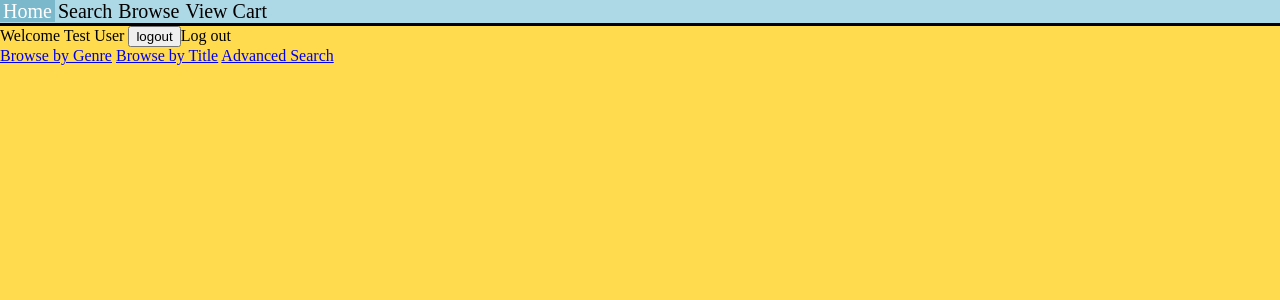
Repository: AndrewHarryKim/cs122B
Page: http://localhost/fabflix/Home
An editor plug-in stored every save of this project. The page is shown before and after the next save, followed by the edit.
The browser window is 1280 px wide. The pictures show the whole page.
The page is served by Tomcat 9. The session is filled in as if someone had signed in: {"email": "test@example.com", "id": 1, "first_name": "Test User", "last_name": "Test User", "cc_id": 1, "address": 1, "cart": 1}. Other server files are loaded and not shown.

Above is the page before, as saved 2016-04-30 03:45:36.

### Site3/fabflix/WebContent/WEB-INF/home.jsp
<%@ page language="java" contentType="text/html; charset=ISO-8859-1"
    pageEncoding="ISO-8859-1"%>
<%@ page import="fabflix.Global" %>
<!DOCTYPE html PUBLIC "-//W3C//DTD HTML 4.01 Transitional//EN" "http://www.w3.org/TR/html4/loose.dtd">
<html>
<head>
	<meta http-equiv="Content-Type" content="text/html; charset=ISO-8859-1">
	<title>Insert title here</title>
	<link rel="stylesheet" type="text/css" href="css/styles.css">
</head>
	<body>

	<%@include file="site-header.jsp" %>
	<%@include file="login-authentication.jsp" %>

	Welcome <%=session.getAttribute("first_name")%>
	<input class="align-right" href=<%=Global.logoutPath+""%> type="button" value="logout">Log out</a>
	<%
		out.println("</br>");
	    out.println("<a href='"+Global.browseGenre+"'>Browse by Genre</a>");
	    out.println("<a href='"+Global.browseTitle+"'>Browse by Title</a>");
	    out.println("<a href='search'>Advanced Search</a>");
	%>
</body>
</html>

### Site3/fabflix/WebContent/WEB-INF/site-header.jsp
<header class="siteHeader">
	<nav class="navbar">
		<ul class="navlist">
			<li><a href="<%=request.getContextPath()%>/Main">Home</a></li>
			<li><a href="<%=request.getContextPath()%>/search">Search</a></li>
			<li><a href="<%=request.getContextPath()%>/Browse">Browse</a></li>
			<li><a href="<%=request.getContextPath()%>/Cart">View Cart</a></li>
		</ul>
	</nav>
</header>

### Site3/fabflix/WebContent/WEB-INF/login-authentication.jsp

<%@ page import="fabflix.Global" %>
<%
		// This portion of the code is vital to make it so the user cannot access a page w/o being logged in.
	    if ((session.getAttribute("email") == null) || (session.getAttribute("email") == "")) {
			String redirectURL = request.getContextPath() + Global.loginPath+"?message=";
	        response.sendRedirect(redirectURL);
	    }
%>

### Site3/fabflix/src/fabflix/Home.java
package fabflix;

import java.io.IOException;

import javax.servlet.RequestDispatcher;
import javax.servlet.ServletException;
import javax.servlet.annotation.WebServlet;
import javax.servlet.http.HttpServlet;
import javax.servlet.http.HttpServletRequest;
import javax.servlet.http.HttpServletResponse;


@WebServlet("/Home")
public class Home extends HttpServlet {
	private static final long serialVersionUID = 1L;

    public Home() {
        super();
    }
	protected void doGet(HttpServletRequest request, HttpServletResponse response) throws ServletException, IOException {
		RequestDispatcher dispatcher = request.getServletContext().getRequestDispatcher("/WEB-INF/home.jsp");
		dispatcher.forward(request, response);
	}
	protected void doPost(HttpServletRequest request, HttpServletResponse response) throws ServletException, IOException {
		doGet(request, response);
	}

}

### Site3/fabflix/src/fabflix/Global.java
package fabflix;

public class Global {
	public static String DB_USER= "root";
	public static String DB_PASS="pops711";
	public static String homePagePath="/Home";
	public static String loginPath="/Login";
	public static String loginJSPPath="/WEB-INF/login.jsp";
	public static String logoutPath="Logout";
	public static String browseGenre="Browse?by=genre";
	public static String browseTitle="Browse?by=title";


//	// This is the location of the Login Portal
//	// This is the location of the Login-Authentication
//	public static String authLoginPath="Login";
//	// This is the location of the Logout script
//	//This is the location of the HomePage
//	// This is the location of the Search Page
//	public static String searchPath="";
//	// This is the location of the General Browsing Page and the sub-pages
//	public static String browsePath="browse.jsp";
//	public static String browseGenreJSP="/WEB-INF/browse.jsp?by=genre";
//	public static String browseTitleJSP="/WEB-INF/browse.jsp?by=title";
//	// This is the location of the movie-list after you find one.
//	public static String movieListPath="MovieList";
//	// This is the Cart location.
//	public static String cartPath="Cart";
//	// This is the CheckOut location.
//	public static String checkoutPath="Checkout";
}

### Site3/fabflix/WebContent/css/styles.css
@CHARSET "ISO-8859-1";



body{
	background-color: #ffdb4d;
	margin: 0px;
}

.indent{
	margin-left: 3%;
}
.starInfoHeader{
	width: 10%;
	display: inline-block;
}
.starInfoDiv{
	height: 100%;
	width: 100%;
	vertical-align: middle;
}

.movieListHeader{
	border-bottom: solid 1px black;
}
.movieListHeader div{
	display: inline-block;
	border-right: 1px solid black;
	width: 10%;
	vertical-align: middle;
}

.movieRow{
	border-bottom: solid 1px black;
	margin-top: 15px;
	height: 60px;
}
.movieInfoDiv{
	display: inline-block;
	border-right: 1px solid black;
	height: 100%;
	width: 10%;
	vertical-align: middle;
}

div.movieName{
	width: 15%;
}
div.movieName:hover{
	color: white;
}
div.movieYear:hover{
	color: white;
}
div.movieStarList{
	width: 30%;
}
div.movieGenreList{
	width: 14%;
	border-right: none;
}


.navbar{
	background-color: lightblue;
	border-bottom: solid 3px black
}

.navlist{
	list-style-type: none;
    padding: 0px;
    margin: 0px;
}
.navlist li {
    display: inline-block;
    font-size: 20px;
    margin: 0px -4px 0px 0px;
}
.navlist li a {
    text-decoration: none;
    color: black;
    width:100%;
    height 100%;
    padding: 0px 3px 0px 3px;
}
.navlist li a:hover {
    color: white;
    background-color: #7BB8CC;
}



.searchContainer{
	background-color: lightblue;
	padding-right: 1.75%;
	padding-left: 1.75%;
	padding-top: 10px;
	height: 32px;
	width: 100%;
	margin-left: -1%;
}

.dbSearchBox {
	width: 89%;
	height: 16px;
}

.searchButton{
	width: 9%;
	height: 22px;
}

.center{
	display: inline-block;
	display: table;
	margin: 0px auto;
}
.absolute-right{
	position: absolute;
	right: 1%;
}

After the next save:
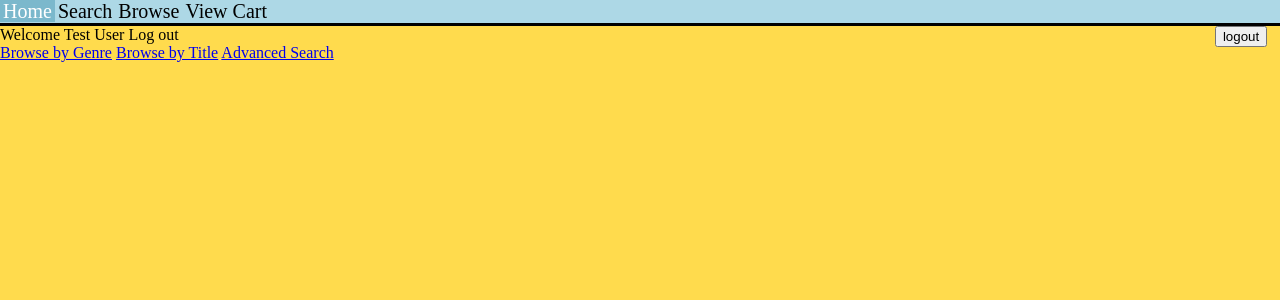
Saved 10 s later.
--- a/Site3/fabflix/WebContent/WEB-INF/home.jsp
+++ b/Site3/fabflix/WebContent/WEB-INF/home.jsp
@@ -14,7 +14,7 @@
 	<%@include file="login-authentication.jsp" %>
 
 	Welcome <%=session.getAttribute("first_name")%>
-	<input class="align-right" href=<%=Global.logoutPath+""%> type="button" value="logout">Log out</a>
+	<input class="absolute-right" href=<%=Global.logoutPath+""%> type="button" value="logout">Log out</a>
 	<%
 		out.println("</br>");
 	    out.println("<a href='"+Global.browseGenre+"'>Browse by Genre</a>");
